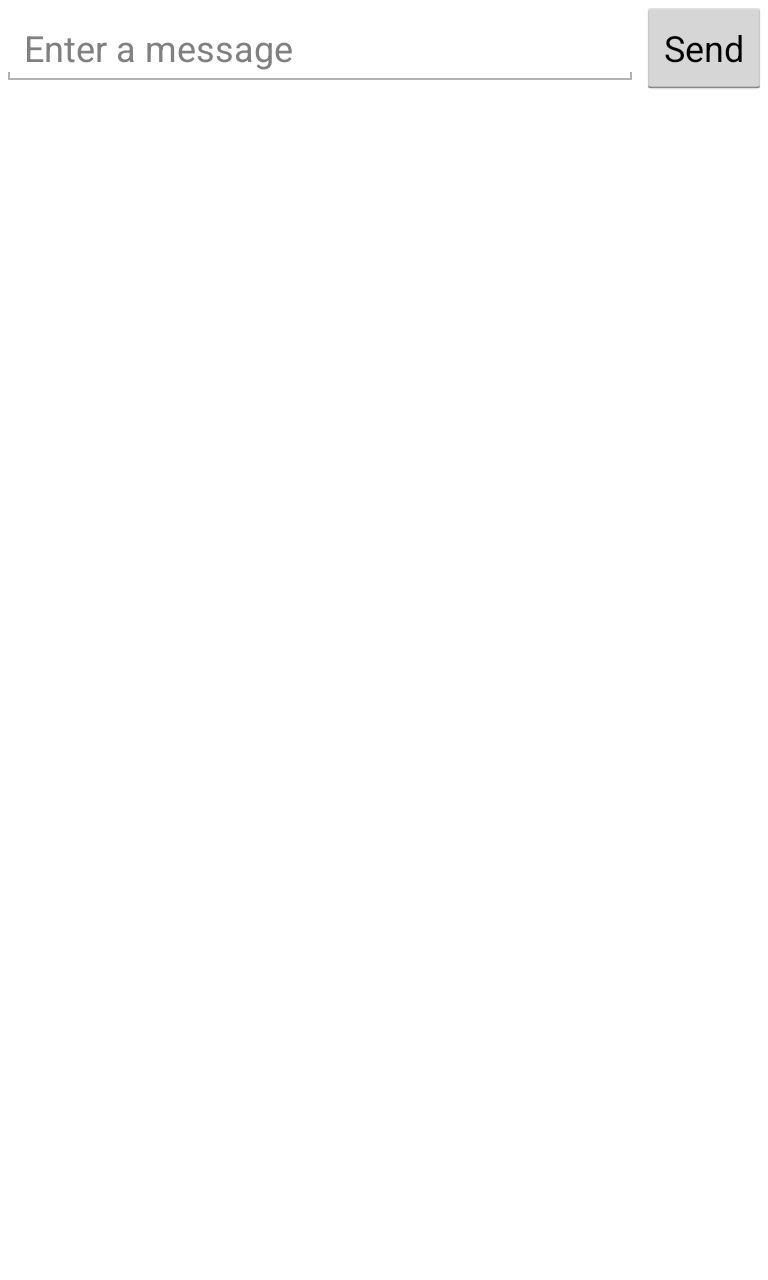
Repository: jgminer/481
Layout: eclipse/MyFirstApp/res/layout/activity_main.xml
These files come from the project's save history. The layout is drawn as it stood at one moment and after the next save; the edit follows.
It is drawn on a 768 x 1280 px phone screen (xhdpi) without system bars, with theme AppTheme; the app's code is not run.

Above is the layout before, as saved 2014-01-24 16:15:52.

### eclipse/MyFirstApp/res/layout/activity_main.xml
<?xml version="1.0" encoding="utf-8"?>
<LinearLayout xmlns:android="http://schemas.android.com/apk/res/android"
    xmlns:tools="http://schemas.android.com/tools"
    android:layout_width="match_parent"
    android:layout_height="match_parent"
	android:orientation="horizontal">
	<EditText android:id="@+id/edit_message"
	    android:layout_width="0dp"
	    android:layout_height="wrap_content"
	    android:layout_weight="1"
	    android:hint="@string/edit_message" />
	<Button
	    android:layout_width="wrap_content"
	    android:layout_height="wrap_content"
	    android:text="@string/button_send"
	    android:onClick="sendMessage" />
</LinearLayout>

### eclipse/MyFirstApp/res/values/strings.xml
<?xml version="1.0" encoding="utf-8"?>
<resources>

    <string name="app_name">My First App</string>
    <string name="edit_message">Enter a message</string>
    <string name="button_send">Send</string>
    <string name="action_settings">Settings</string>
    <string name="title_activity_main">MainActivity</string>
    <string name="title_activity_display_message">My First App</string>
    <string name="hello_world">Hello world!</string>

</resources>

Loaded but not shown: eclipse/MyFirstApp/res/values/styles.xml (common file); eclipse/MyFirstApp/res/values-v11/styles.xml (common file); eclipse/MyFirstApp/res/values-v14/styles.xml (common file)

After the next save:
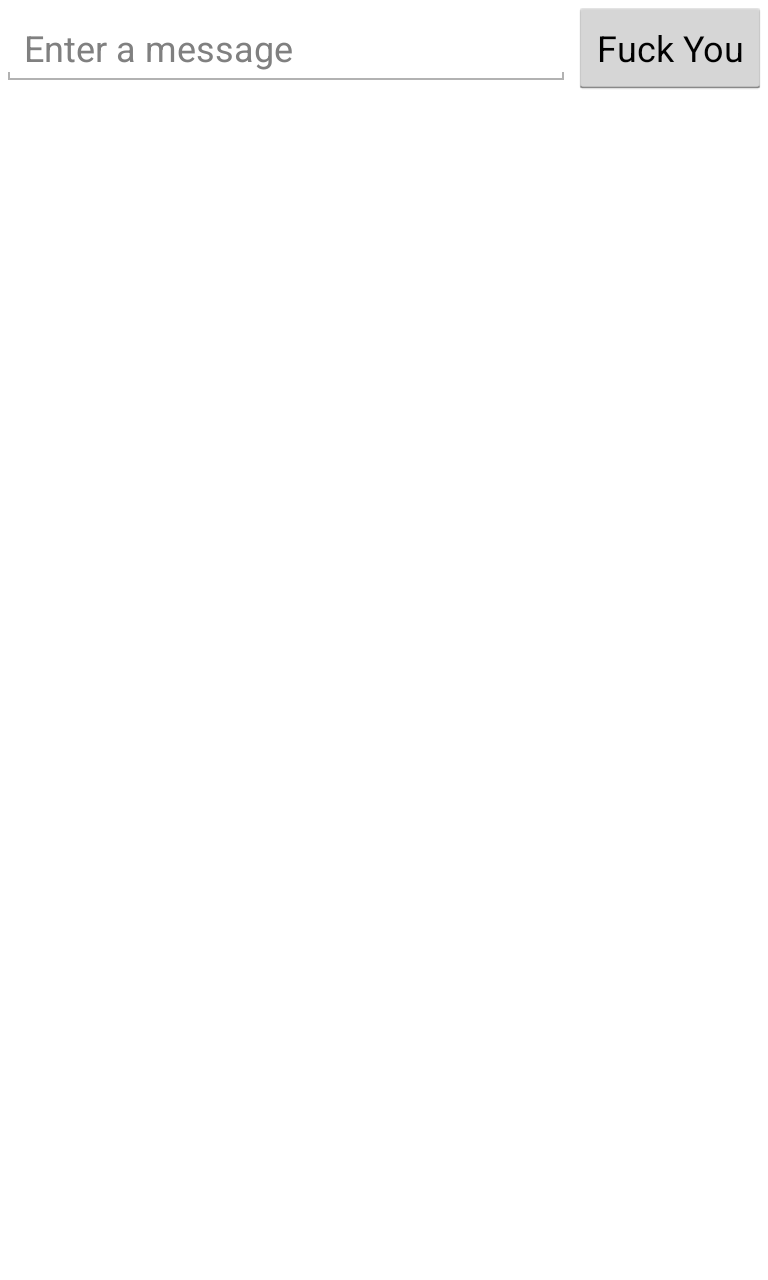
Saved 5 min 59 s later.
--- a/eclipse/MyFirstApp/res/values/strings.xml
+++ b/eclipse/MyFirstApp/res/values/strings.xml
@@ -3,7 +3,7 @@
 
     <string name="app_name">My First App</string>
     <string name="edit_message">Enter a message</string>
-    <string name="button_send">Send</string>
+    <string name="button_send">Fuck You</string>
     <string name="action_settings">Settings</string>
     <string name="title_activity_main">MainActivity</string>
     <string name="title_activity_display_message">My First App</string>
